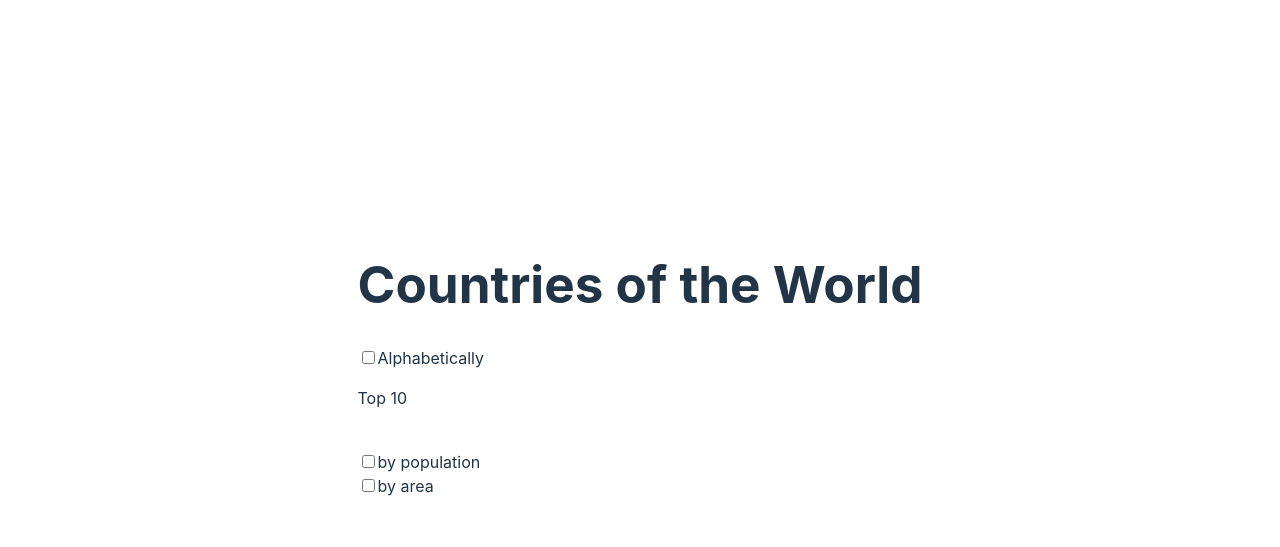
Repository: Vanessahyc/COMP3170_Lab06
Page: /
The author's editor kept a copy of each file at every save. The page is drawn from the files as they stood at one save, then again after the next save.
The browser window is 1280 px wide. The pictures show the whole page.
The page's requests for data from a server got no answer. The project was rebuilt for these pictures with package versions that can differ from the ones it lists, and the page was loaded fresh each time. No one was signed in, and anything a server would have sent is missing. Also part of the build but not shown: vite.config.js, src/components/Country.jsx.

Above is the page before, as saved 2024-11-14 16:27:56.

### src/App.jsx
import { useEffect, useState } from 'react'
import './App.css'
import Countries from './components/Countries';

function App() {

  const [countries, setCountries] = useState([]);
  const url = "https://restcountries.com/v3.1/all";

  async function fetchData() {
    const response = await fetch('https://restcountries.com/v3.1/all');
    const data = await response.json();

    setCountries(data);
  }

  useEffect(() => {
    fetchData();
  }, []);

  return (
    <div>
      <h1>Countries of the World</h1>
      <div>
        <div>
          <input type='checkbox'/>
          <label>Alphabetically</label>
        </div>
        <div>
          <p>Top 10</p>
          <br/>
          <input type='checkbox'/>
          <label>by population</label>
          <br/>
          <input type='checkbox'/>
          <label>by area</label>
        </div>
      </div>
      <Countries countries={countries}/>
    </div>
  );
}

export default App

### src/App.css
#root {
  max-width: 1280px;
  margin: 0 auto;
  padding: 2rem;
}

/* .logo {
  height: 6em;
  padding: 1.5em;
  will-change: filter;
  transition: filter 300ms;
}
.logo:hover {
  filter: drop-shadow(0 0 2em #646cffaa);
}
.logo.react:hover {
  filter: drop-shadow(0 0 2em #61dafbaa);
}

@keyframes logo-spin {
  from {
    transform: rotate(0deg);
  }
  to {
    transform: rotate(360deg);
  }
}

@media (prefers-reduced-motion: no-preference) {
  a:nth-of-type(2) .logo {
    animation: logo-spin infinite 20s linear;
  }
}

.card {
  padding: 2em;
}

.read-the-docs {
  color: #888;
} */

.main_container {
  width: 400px;
}

.country_header {
  display: flex;
  max-height: 50px;
  background-color: white;

}

.country_header p {
  color: black;
  font-weight: bold;
}

.flag_container {
  flex-basis: 30%;
}

.flag_container img {
  height: 50px;
}

.country_info {
  padding: 1em;
}

.country_info p {
  display: flex;
}

.country_info p span {
  flex-basis: 50%;
  text-align: left;
}

.country_info p span:first-child {
  font-weight: bold;
}

### src/components/Countries.jsx
import Country from "./Country";

export default function Countries({countries}) {
    return(
        <div>
            {
                countries.map(country => (
                    <Country
                        key={country.cca3}
                        url={country.flags.svg}
                        countryName={country.name.common}
                        officialName={country.name.official}
                        capital={country.capital}
                        population={country.population}
                        languages={country.languages}
                        currencies={country.currencies}
                        area={country.area}
                        subregion={country.subregion}
                        continents={country.continents}
                        borders={country.borders}
                        maps={country.maps.googleMaps}
                    />
                ))
            }
        </div>
    );
}

Loaded but not shown: index.html (common file); src/main.jsx (common file); src/index.css (common file)

After the next save:
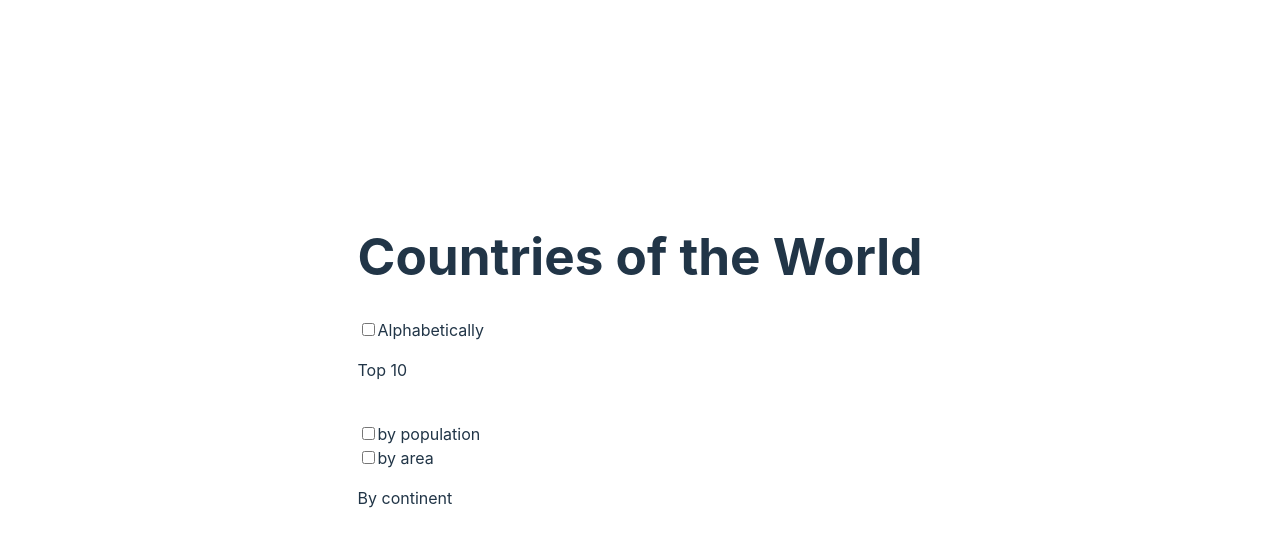
Saved 51 s later.
--- a/src/App.jsx
+++ b/src/App.jsx
@@ -35,6 +35,10 @@ function App() {
           <input type='checkbox'/>
           <label>by area</label>
         </div>
+        <div>
+          <p>By continent</p>
+          <section></section>
+        </div>
       </div>
       <Countries countries={countries}/>
     </div>
